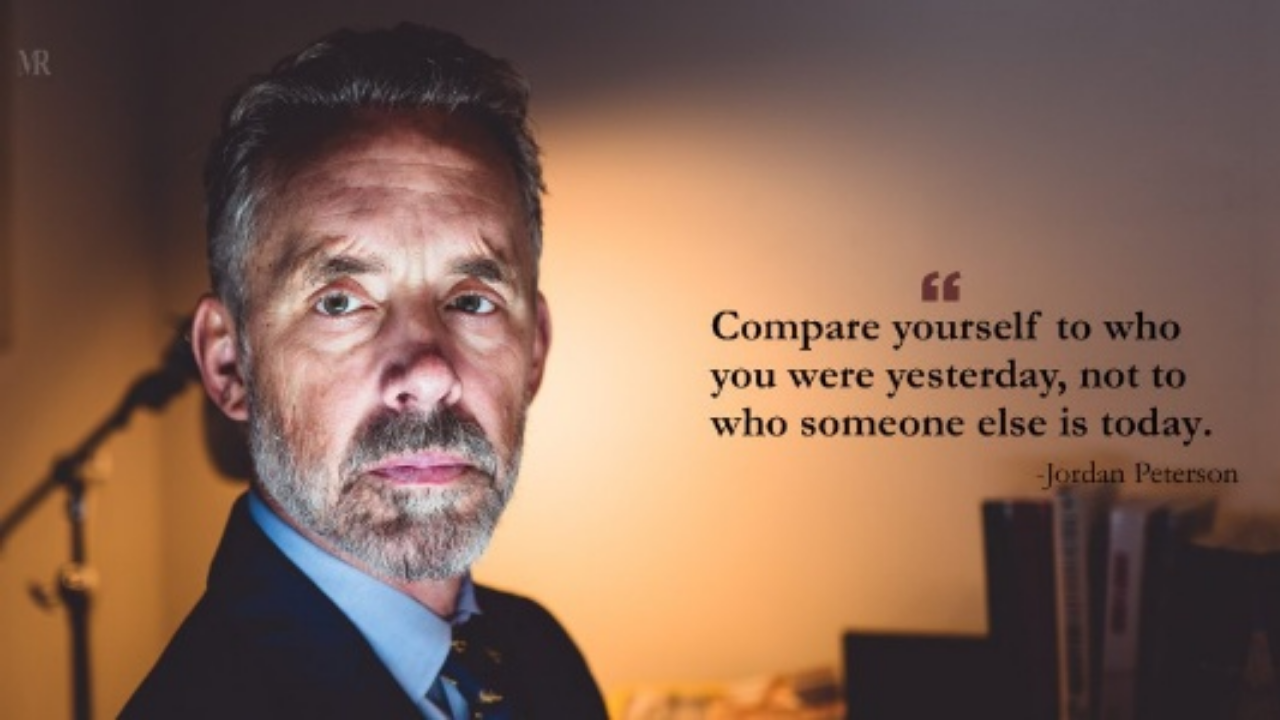
Repository: fechinmitchell/MFM
Page: blocked.html
An editor plug-in stored every save of this project. The page is shown before and after the next save, followed by the edit.
The browser window is 1280 px wide. The pictures show the whole page.

Above is the page before, as saved 2023-07-07 22:10:42.

After the next save:
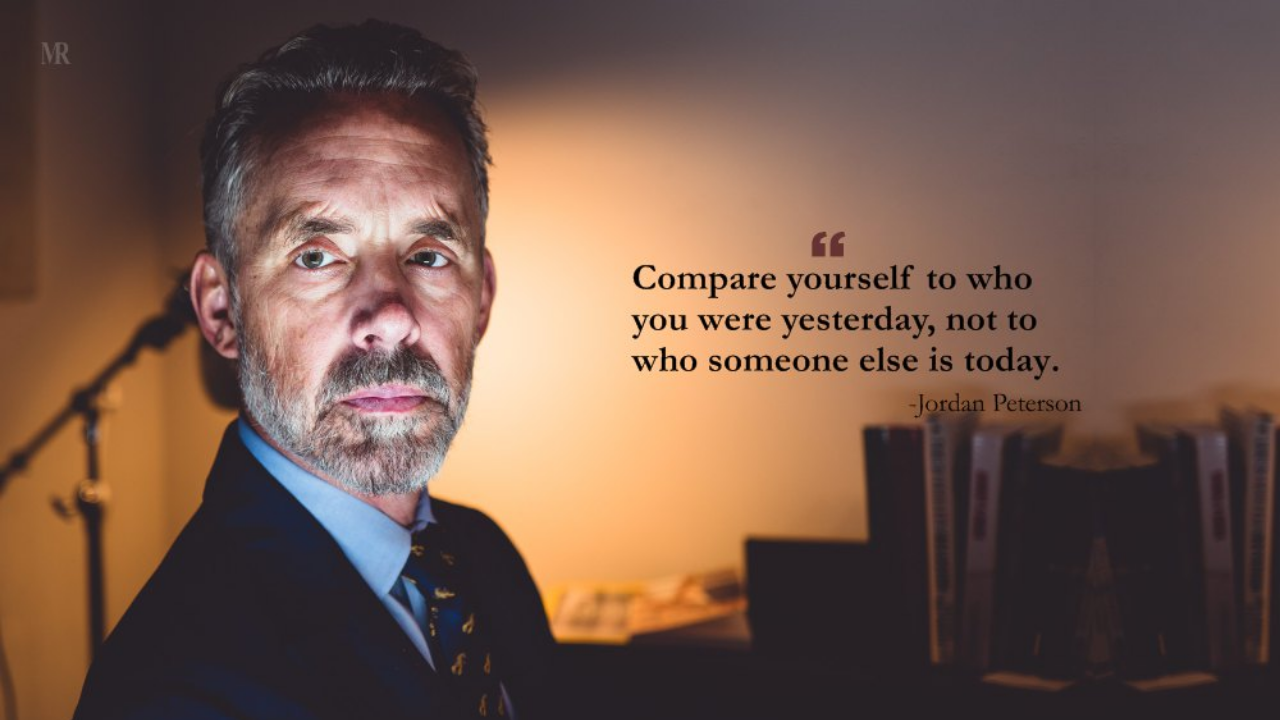
Saved 3 min 2 s later.
--- a/blocked.html
+++ b/blocked.html
@@ -3,7 +3,7 @@
 <head>
     <style>
         body {
-            background-image: url('images/blocked.jpg');
+            background-image: url('images/blocked.jpeg');
             background-repeat: no-repeat;
             background-attachment: fixed;
             background-size: cover;

After the save that followed:
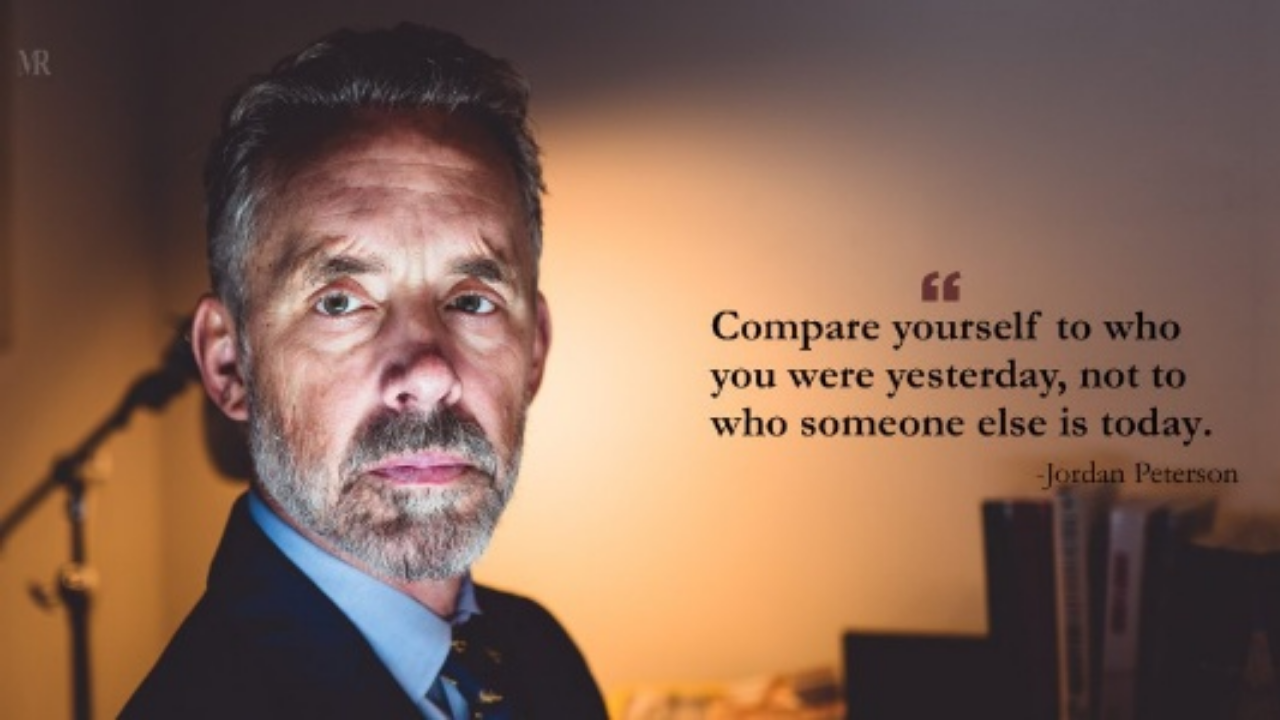
Saved 4 min 20 s later.
--- a/blocked.html
+++ b/blocked.html
@@ -3,7 +3,7 @@
 <head>
     <style>
         body {
-            background-image: url('images/blocked.jpeg');
+            background-image: url('images/blocked.jpg');
             background-repeat: no-repeat;
             background-attachment: fixed;
             background-size: cover;
